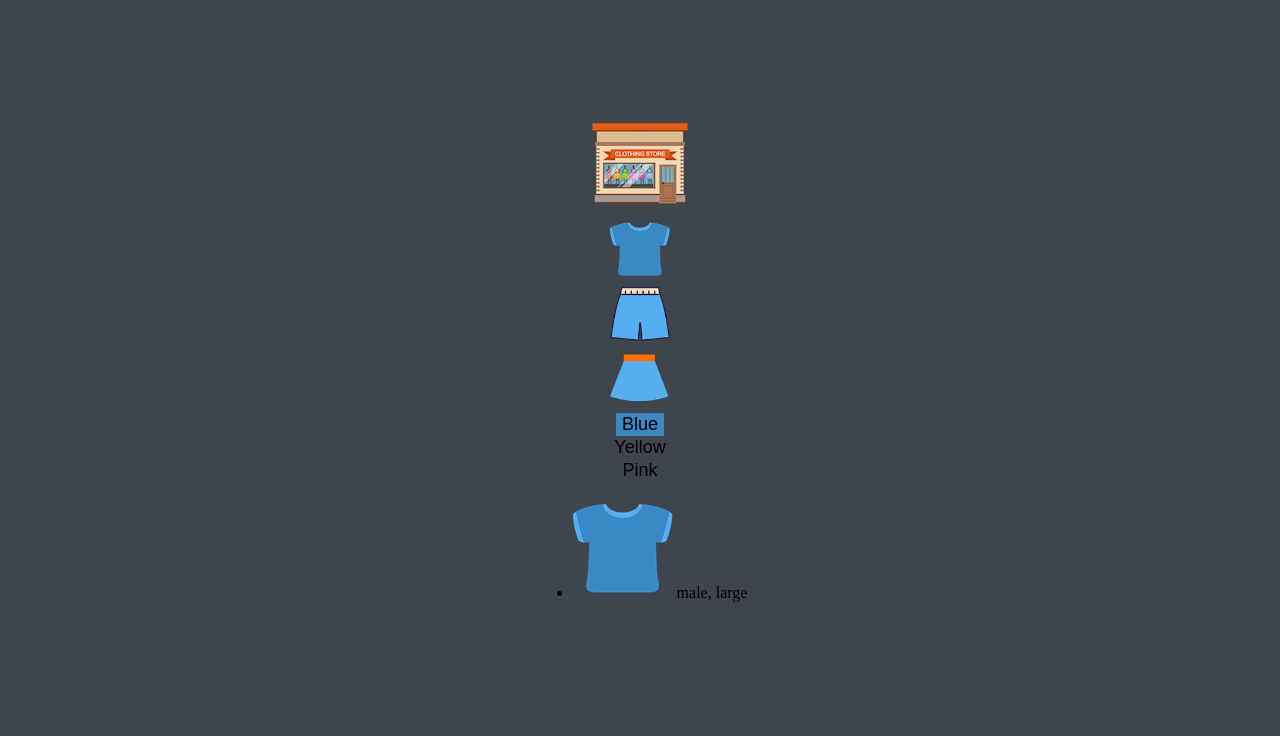
Repository: GoodHoneyCake/Dream_Coding_Academy1
Page: index.html
An editor plug-in stored every save of this project. The page is shown before and after the next save, followed by the edit.
The browser window is 1280 px wide. The pictures show the whole page.

Above is the page before, as saved 2021-01-06 16:19:49.

### index.html
<!DOCTYPE html>
<html lang="en">
  <head>
    <meta charset="UTF-8" />
    <meta name="viewport" content="width=device-width, initial-scale=1.0" />
    <title>Online Shopping</title>
    <link rel="stylesheet" href="style.css" />
    <script src="src/main.js" defer></script>
  </head>
  <body>
    <!-- Logo -->
    <img src="img/logo.png" alt="Logo" class="logo" />
    <!-- Buttons -->
    <button class="btn">
      <img src="img/blue_t.png" alt="tshirt" class="imgBtn" />
    </button>
    <button class="btn">
      <img src="img/blue_p.png" alt="pants" class="imgBtn" />
    </button>
    <button class="btn">
      <img src="img/blue_s.png" alt="skirt" class="imgBtn" />
    </button>
    <button class="btn colorBtn blue">Blue</button>
    <button class="btn colorBtn yellow">Yellow</button>
    <button class="btn colorBtn pink">Pink</button>
    <!-- Items -->
    <ul class="items">
      <li class="item">
        <img src="img/blue_t.png" alt="tshirt" class="item_thumbnail" />
        <span class="item__description">male, large</span>
      </li>
    </ul>
  </body>
</html>

### style.css
:root {
  /* color */
  --color-black: #3f454d;
  --color-white: #ffffff;
  --color-blue: #3b88c3;
  --color-yellow: #fbbe28;
  --color-pink: #fd7f84;
  --color-light-grey: #dfdfdf;

  /* size */
  --size-button: 60px;
  --button-font-size: 18px;

  /* animation */
  --animation-duration: 300ms;
}

* {
  box-sizing: border-box;
}

body {
  height: 100vh;
  background-color: var(--color-black);
  display: flex;
  flex-direction: column;
  justify-content: center;
  align-items: center;
}

.logo {
  cursor: pointer;
  transition: transform var(--animation-duration) ease;
}

.btn {
  background-color: transparent;
  border: none;
  outline: none;
  cursor: pointer;
  transition: transform var(--animation-duration) ease;
}

.logo:hover,
.btn:hover {
  transform: scale(1.1);
}

.imgBtn {
  width: var(--size-button);
  height: var(--size-button);
}

.colorBtn {
  font-size: var(--button-font-size);
}

.blue {
  background-color: var(--color-blue);
}

Loaded but not shown: src/main.js (no stored copy; drawn as an empty file)

After the next save:
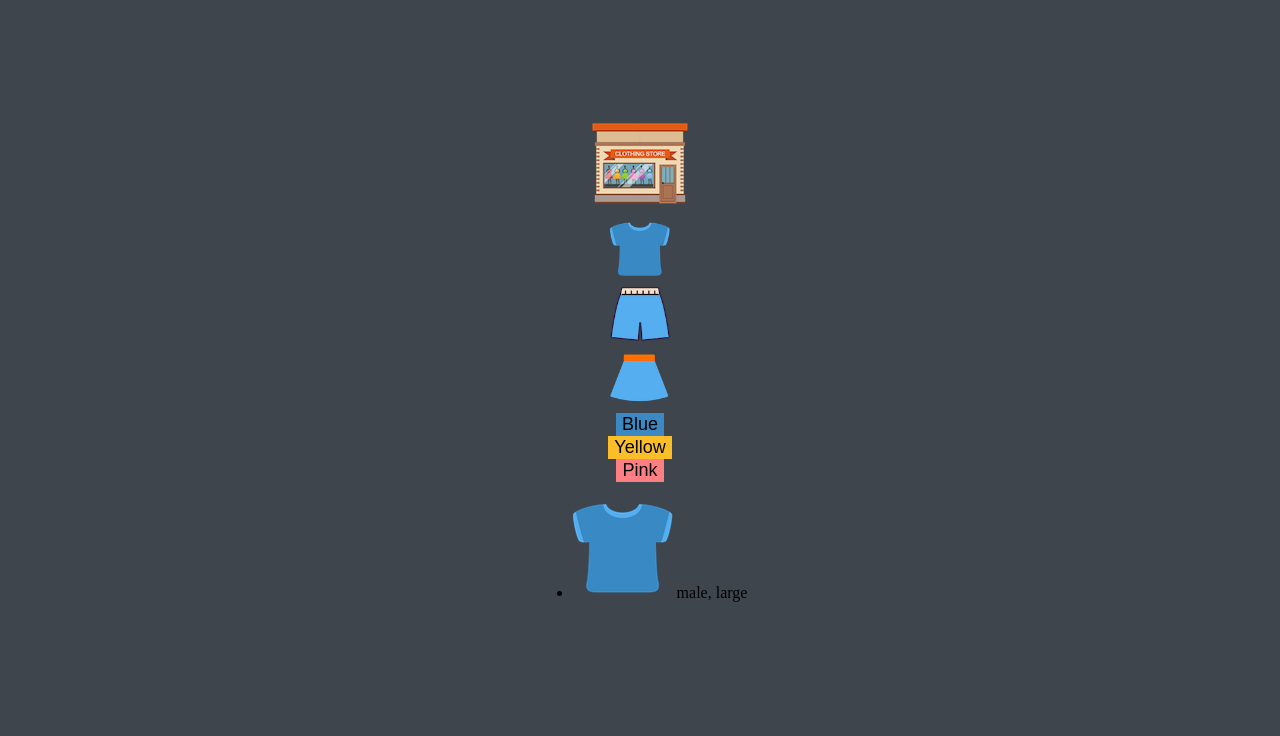
Saved 28 s later.
--- a/style.css
+++ b/style.css
@@ -58,3 +58,9 @@ body {
 .blue {
   background-color: var(--color-blue);
 }
+.yellow {
+  background-color: var(--color-yellow);
+}
+.pink {
+  background-color: var(--color-pink);
+}
